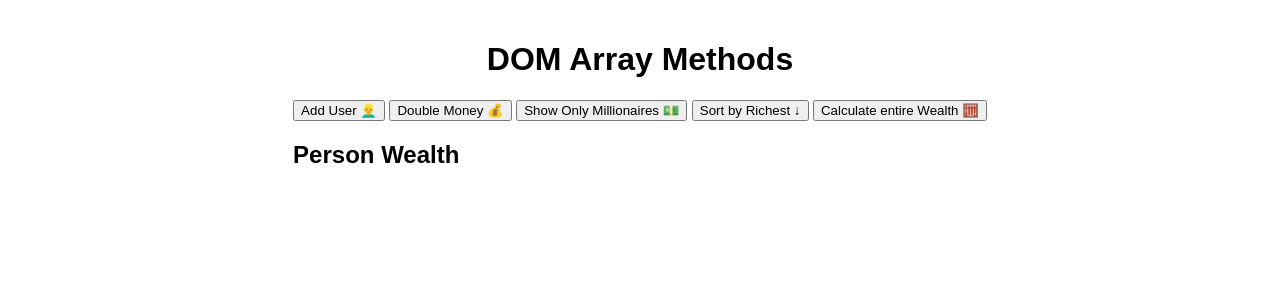
Repository: AbrorjonKuchkarov/DOM-Array-Methods
Page: index.html
An editor plug-in stored every save of this project. The page is shown before and after the next save, followed by the edit.
The browser window is 1280 px wide. The pictures show the whole page.

Above is the page before, as saved 2022-02-24 15:31:26.

### index.html
<!DOCTYPE html>
<html lang="en">
<head>
   <meta charset="UTF-8">
   <meta http-equiv="X-UA-Compatible" content="IE=edge">
   <meta name="viewport" content="width=device-width, initial-scale=1.0">
   <link rel="stylesheet" href="style.css">
   <title>DOM Array Methods</title>
</head>
<body>
   <h1>DOM Array Methods</h1>
      <div class="container">
         <aside class="btns">
            <button id="add-user">Add User 👱‍♂️</button>
            <button id="double">Double Money 💰</button>
            <button id="show-millionaires">Show Only Millionaires 💵</button>
            <button id="sort">Sort by Richest ↓</button>
            <button id="calculate-wealth">Calculate entire Wealth 🧮</button>
         </aside>

         <main id="main">
            <h2><strong>Person</strong> Wealth</h2>
         </main>


      </div>



   <script src="app.js"></script>
</body>
</html>

### style.css
*{
   box-sizing: border-box;
}

body{
   margin: 0;
   padding: 20px;
   display: flex;
   flex-direction: column;
   align-items: center;
   height: 100vh;
   font-family: Arial, Helvetica, sans-serif;
}

Loaded but not shown: app.js (no copy from this time; the picture is the same without it)

After the next save:
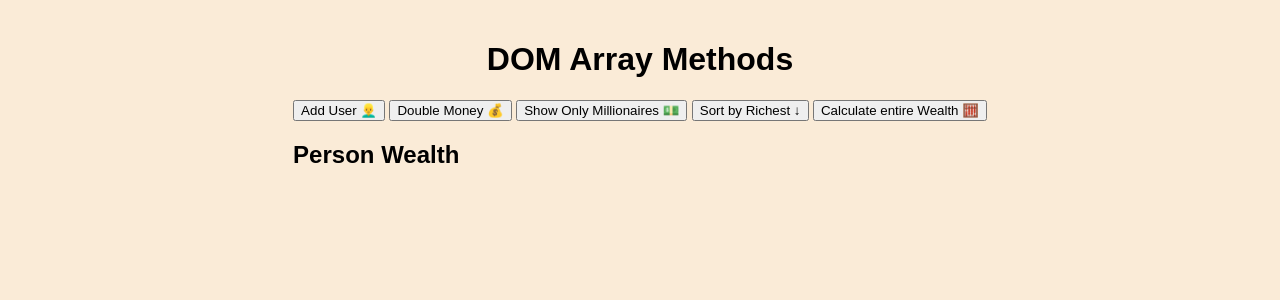
Saved 8 s later.
--- a/style.css
+++ b/style.css
@@ -10,4 +10,5 @@ body{
    align-items: center;
    height: 100vh;
    font-family: Arial, Helvetica, sans-serif;
+   background-color: antiquewhite;
 }
